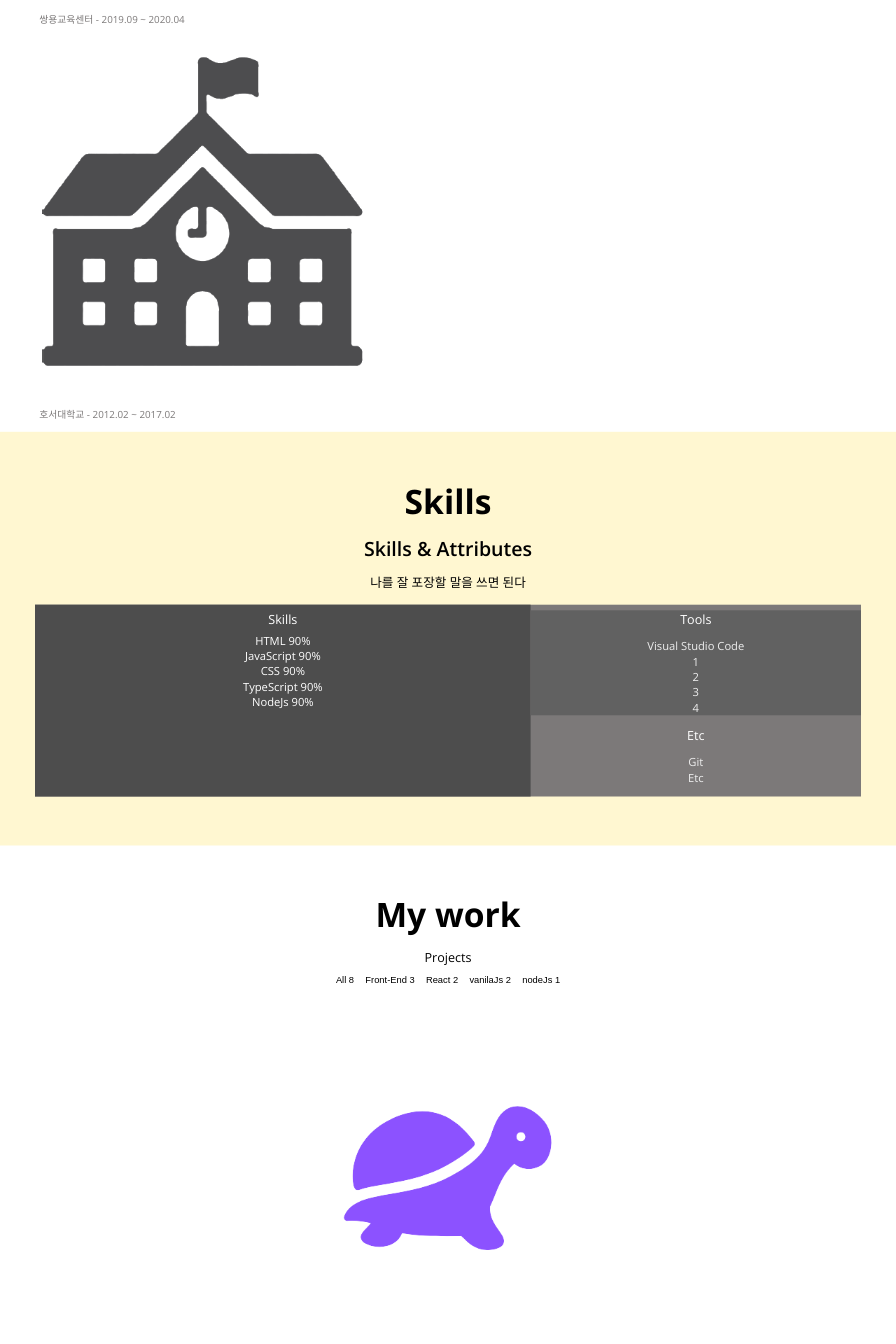
Repository: DevMinwoo-Jung/MinwooPortfolio
Page: index.html
An editor plug-in stored every save of this project. The page is shown before and after the next save, followed by the edit.
The browser window is 1280 px wide. The pictures show the part of the page from y = 2767 to 4687 px (the page is 7890 px tall), at 70% of full size.

Above is the page before, as saved 2021-05-31 14:55:02.

### index.html
<!DOCTYPE html>
<html lang="en">
<head>
  <meta charset="UTF-8">
  <meta http-equiv="X-UA-Compatible" content="IE=edge">
  <meta name="viewport" content="width=device-width, initial-scale=1.0">
  <title>Minwoo's Portfolio</title>
  <meta name="description" content="(will be) world-renowned Front-End Web developer Minwoo">
  <meta name="author" content= "Minwoo Jung">
  <link rel="icon" type ="image/png" href="imgs/favicon.png">
  <link rel="stylesheet" href="https://use.fontawesome.com/releases/v5.15.3/css/all.css" integrity="sha384-SZXxX4whJ79/gErwcOYf+zWLeJdY/qpuqC4cAa9rOGUstPomtqpuNWT9wdPEn2fk" crossorigin="anonymous">
  <link rel="preconnect" href="https://fonts.gstatic.com">
<link href="https://fonts.googleapis.com/css2?family=Open+Sans:wght@400;600;700&display=swap" rel="stylesheet">
<link rel="stylesheet" href="style.css">
<script src="main.js" defer></script>
</head>
<body>
  <h1>Heading</h1>
  <h2>Heading</h2>
  <h3>Heading</h3>
  <p>Paragraph</p>
  <!-- Navbar -->
  <nav id="navbar">
    <div class="navbar__logo">
      <img src="imgs/favicon.png" alt="">
      <a href="#">Minwoo</a>
    </div>
      <ul class="nvabar__menu">
        <li class="navbar__menu__item--active">Home</li>
        <li class="navbar__menu__item">About</li>
        <li class="navbar__menu__item">Skills</li>
        <li class="navbar__menu__item">My work</li>
        <li class="navbar__menu__item">Testimonial</li>
        <li class="navbar__menu__item">Contact</li>
      </ul>
  </nav>
  <!-- Home -->
  <section id="home">
    <img src="imgs/myPhoto.jpg" alt="Minwoo's profile photo" class="home__avatar">
    <h1 class="home__title">반갑습니다. <br> 프론트엔드 개발자 정민우입니다.</h1>
    <h2 class="home__description">멈추지 않는 개발자로 살아가고싶습니다.</h2>
    <button class="home__contact">Contact Me</button>
  </section>
  <!-- About -->
  <section id="about" class="section__container">
    <h1>About me</h1>
    <p>나를 나타내는 문장 문장 장문 문에 있는 고추장</p>
    <div class="about__majors">
      <div class="major">
        <div class="major__icon">
          <i class="fab fa-js-square"></i>
        </div>
        <h2 class="major__title">Front-End</h2>
        <div class="major__description">
          HTML, CSS, JavaScript, TypeScript
        </div>
      </div>
      <div class="major">
        <div class="major__icon">
          <i class="fab fa-node"></i>
        </div>
        <div class="major__title">Back-End</div>
        <div class="major__description">
          HTML, CSS, JavaScript, TypeScript
        </div>
      </div>
      <div class="major">
        <div class="major__icon">
          <i class="fab fa-react"></i>
        </div>
        <div class="major__title">Framework</div>
        <div class="major__description">
          HTML, CSS, JavaScript, TypeScript
        </div>
      </div>
    </div>
    <div class="aoubt__jobs">
      <div class="job">
        <img src="imgs/school.png" alt="" class="job__logo">
      </div>
      <div class="job__description">
        <p class="job__period">쌍용교육센터 - 2019.09 ~ 2020.04</p>
      </div>
      <div class="job">
        <img src="imgs/school.png" alt="" class="job__logo">
      </div>
      <div class="job__description">
        <p class="job__period">호서대학교 - 2012.02 ~ 2017.02</p>
      </div>
    </div>



  </section>
  <!-- Skills -->
  <section id="skills" class="section">
    <div class="section__container">
      <h1>Skills</h1>
      <h2>Skills & Attributes</h2>
      <p>
        나를 잘 포장할 말을 쓰면 된다
      </p>
      <div class="skillset">
        <div class="skillset__left">
          <h3 class="skillset__title">Skills</h3>
          <div class="skill">
            <div class="skill__description">
              <span>HTML</span>
              <span>90%</span>
            </div>
            <div class="skill__bar">
              <div class="skill__value"></div>
            </div>
          </div>
          <div class="skill">
            <div class="skill__description">
              <span>JavaScript</span>
              <span>90%</span>
            </div>
            <div class="skill__bar">
              <div class="skill__value"></div>
            </div>
          </div>
          <div class="skill">
            <div class="skill__description">
              <span>CSS</span>
              <span>90%</span>
            </div>
            <div class="skill__bar">
              <div class="skill__value"></div>
            </div>
          </div>
          <div class="skill">
            <div class="skill__description">
              <span>TypeScript</span>
              <span>90%</span>
            </div>
            <div class="skill__bar">
              <div class="skill__value"></div>
            </div>
          </div>
          <div class="skill">
            <div class="skill__description">
              <span>NodeJs</span>
              <span>90%</span>
            </div>
            <div class="skill__bar">
              <div class="skill__value"></div>
            </div>
          </div>
        </div>
        <div class="skillset__right">
          <div class="tools">
            <h3 class="skillset__title">Tools</h3>
            <ul class="tools__list">
              <li><span>Visual Studio Code</span></li>
              <li><span>1</span></li>
              <li><span>2</span></li>
              <li><span>3</span></li>
              <li><span>4</span></li>
            </ul>
          </div>
          <div class="etc">
            <h3 class="skillset__title">Etc</h3>
            <ul class="etc__list">
              <li><span>Git</span></li>
              <li><span>Etc</span></li>
            </ul>
          </div>
        </div>
      </div>
    </div>
  </section>
  <!-- Work -->
  <section id="work" class="section">
    <h1>My work</h1>
    <h3>Projects</h3>
    <div class="work__categories">
      <button class="category__btn">All <span class="category__count">8</span></button>
      <button class="category__btn">Front-End <span class="category__count">3</span></button>
      <button class="category__btn">React <span class="category__count">2</span></button>
      <button class="category__btn">vanilaJs <span class="category__count">2</span></button>
      <button class="category__btn">nodeJs <span class="category__count">1</span></button>
    </div>
    <div class="wrok__projects">
      <a href="mygithub" class="project__img" target="blank" data-type="back-end">
      <img src="imgs/favicon.png" alt="project1">
      <!-- 이미지 추후에 넣자 -->
      <div class="project__description">
        <h3>Proejct</h3>
        <span>Clone coding with HTML and CSS</span>
      </div>
      </a>
      <a href="mygithub" class="project__img" target="blank" data-type="back-end">
        <img src="imgs/favicon.png" alt="project1">
        <!-- 이미지 추후에 넣자 -->
        <div class="project__description">
          <h3>Proejct</h3>
          <span>Clone coding with HTML and CSS</span>
        </div>
        </a>
        <a href="mygithub" class="project__img" target="blank" data-type="back-end">
          <img src="imgs/favicon.png" alt="project1">
          <!-- 이미지 추후에 넣자 -->
          <div class="project__description">
            <h3>Proejct</h3>
            <span>Clone coding with HTML and CSS</span>
          </div>
          </a>
          <a href="mygithub" class="project__img" target="blank" data-type="back-end">
            <img src="imgs/favicon.png" alt="project1">
            <!-- 이미지 추후에 넣자 -->
            <div class="project__description">
              <h3>Proejct</h3>
              <span>Clone coding with HTML and CSS</span>
            </div>
            </a>
    </div>
  </section>
  <!-- Testimonials -->
  <section id="testimonials" class="section">
    <h1>Testmonials</h1>
    <h3>See what they say about me</h3>
    <div class="testmonials">
      <div class="testimonial">
        <img src="imgs/testimonail/people.jpg" alt="" class="testimonial__avatar">
        <div class="testimonail__speech-bubble">
          <p>qmffkqmffk</p>
          <p class="name"><a href="">이름</a>일한곳</p>
        </div>
      </div>
      <div class="testimonial">
        <img src="imgs/testimonail/people.jpg" alt="" class="testimonial__avatar">
        <div class="testimonail__speech-bubble">
          <p>qmffkqmffk</p>
          <p class="name"><a href="">이름</a>일한곳</p>
        </div>
      </div>
    </div>
  </section>
  <!-- Contact -->
  <section id="contact" class="section">
    <h1 class="contact__title">Let's talk</h1>
    <h2 class="contact__email">applejung312@gmail.com</h2>
    <div class="contact__links">
      <a href="https://github.com/DevMinwoo-Jung" target="_blank">
        <i class="fab fa-github"></i>
      </a>
      <a href="https://dev-minwoo.tistory.com/" target="_blank">
        <i class="fas fa-blog"></i>
      </a>
    </div>
    <p class="contact__right">
      2021 Minwoo Jung - All rights reseverd
    </p>
  </section>
</body>
</html>

### style.css
/* Global */
:root {
  /* Color */
  --color-white: #ffffff;
  --color-light-white: #eeeeee;
  --color-dark-white: #bdbdbd;
  --color-pink: #fe918d;
  --color-dark-pink: #ff6863;
  --color-dark-grey: #4d4d4d;
  --color-grey: #616161;
  --color-light-grey: #7c7979;
  --color-blue: #73aace;
  --color-yellow: #fff7d1;
  --color-orange: #feb546;
  --color-black: #000000;
  --color-dard-purple: rgb(78, 23, 69);

  /* Font size */
  --font-large: 48px;
  --font-medium: 28px;
  --font-regular: 18px;
  --font-small: 16px;
  --font-micro: 14px;

  /* Font weight */
  --weight-bold: 700;
  --weight-semi-bold: 600;
  --weight-regular: 400;

  /* Size */
  --size-border-radius: 4px;

  /* Animation Duration */
  --animation-duration: 300ms;
}

/* Universal tags */
* {
  box-sizing: border-box;
}

/* Typography */
h1 {
  font-size: var(--font-large);
  font-weight: var(--weight-bold);
  color: var(--color-black);
  margin: 16px 0px;
}

h2 {
  font-size: var(--font-medium);
  font-weight: var(--weight-semi-bold);
  color: var(--color-black);
  margin: 8px 0;
}

h3 {
  font-size: var(--font-regular);
  font-weight: var(--weight-regular);
  color: var(--color-black);
  margin: 8px 0;
}

p {
  font-size: var(--font-regular);
  font-weight: var(--weight-regular);
  color: var(--color-black);
  margin: 16px 0;
}

body {
  margin: 0;
  font-family: "Open Sans", sans-serif;
  cursor: default;
}

a {
  text-decoration: none;
  color: var(--color-white);
}

ul {
  list-style: none;
  padding-left: 0;
}

li {
  list-style: none;
}

button {
  background-color: transparent;
  cursor: pointer;
  border: none;
  outline: none;
}

/* Navbar */
#navbar {
  display: flex;
  justify-content: space-between;
  background-color: purple;
  align-items: center;
  color: var(--color-white);
  padding: 16px;
}

.navbar__menu {
  display: flex;
}

.navbar__menu__item {
  padding: 8px 12px;
  margin: 0 4px;
  cursor: pointer;
  border-radius: var(--size-border-radius);
}

.navbar__logo {
  font-size: var(--font-medium);
  font-weight: var(--weight-semi-bold);
}

.navbar__menu__item--active {
  border: 1px solid var(--color-white);
}

.navbar__menu__item:hover {
  background-color: var(--color-dard-purple);
}

/* Home */
#home {
  background: url("imgs/background\ Img.png") center/cover no-repeat;
  padding: 40px;
  text-align: center;
}

.home__avatar {
  width: 250px;
  height: 250px;
  border-radius: 50%;
  border: 2px solid var(--color-white);
}

.home__title,
.home__description {
  color: var(--color-white);
}

.home__contact {
  color: var(--color-white);
  font-size: var(--font-regular);
  font-weight: var(--weight-bold);
  margin: 24px;
  padding: 8px 12px;
  border: 2px solid (var(--color-white));
  border-radius: var(--size-border-radius);
}

/* Section common */
.section {
  margin: auto;
  padding: 50px;
  text-align: center;
}

.section__container {
  max-width: 1200px;
  margin: auto;
}

/* About */
.aoubt__majors {
  display: flex;
  justify-content: space-between;
  margin: 80px 0;
}

.major__icon {
  width: 170px;
  height: 170px;
  font-size: 70px;
  line-height: 170px;
  margin: auto;
  border: 1px solid var(--color-white);
  border-radius: 50%;
  margin-bottom: 16px;
  color: var(--color-blue);
}

.major__icon:hover i {
  color: var(--color-pink);
  transform: rotate(-30deg) scale(1.1);
}

.major__icon i {
  transition: all var(--animation-duration) ease;
}

/*
.major__icon i:hover{
  이렇게하면 i에 올려났을때만 변하지만
  위처럼하면 icon에 올렸을때 i만 변한다
  color: var(--color-pink);
  transform: rotate(-30deg) scale(1.1);
} */

.major__title,
.major__description {
  color: var(--color-dark-grey);
}

.major__description {
  font-size: var(--font-small);
}

.job {
  display: flex;
  align-items: center;
}

.job__description {
  margin: 0 16px;
  text-align: left;
}

.job__name,
.job__period {
  color: var(--color-light-grey);
}

.job__name {
  font-size: var(--font-small);
}

.job__period {
  font-size: var(--font-micro);
}

/* Skill */
#skills {
  background-color: var(--color-yellow);
}

.skillset {
  display: flex;
  background-color: var(--color-light-grey);
  color: var(--color-light-white);
  margin: 20px 0;
}

.skillset__title {
  color: var(--color-white);
}

.skillset__left {
  flex-basis: 60%;
  background-color: var(--color-dark-grey);
  color: var(--color-white);
}

.skillset__right {
  flex-basis: 40%;
}

.tools {
  background-color: var(--color-grey);
}

Loaded but not shown: main.js (no copy from this time; the picture is the same without it)

After the next save:
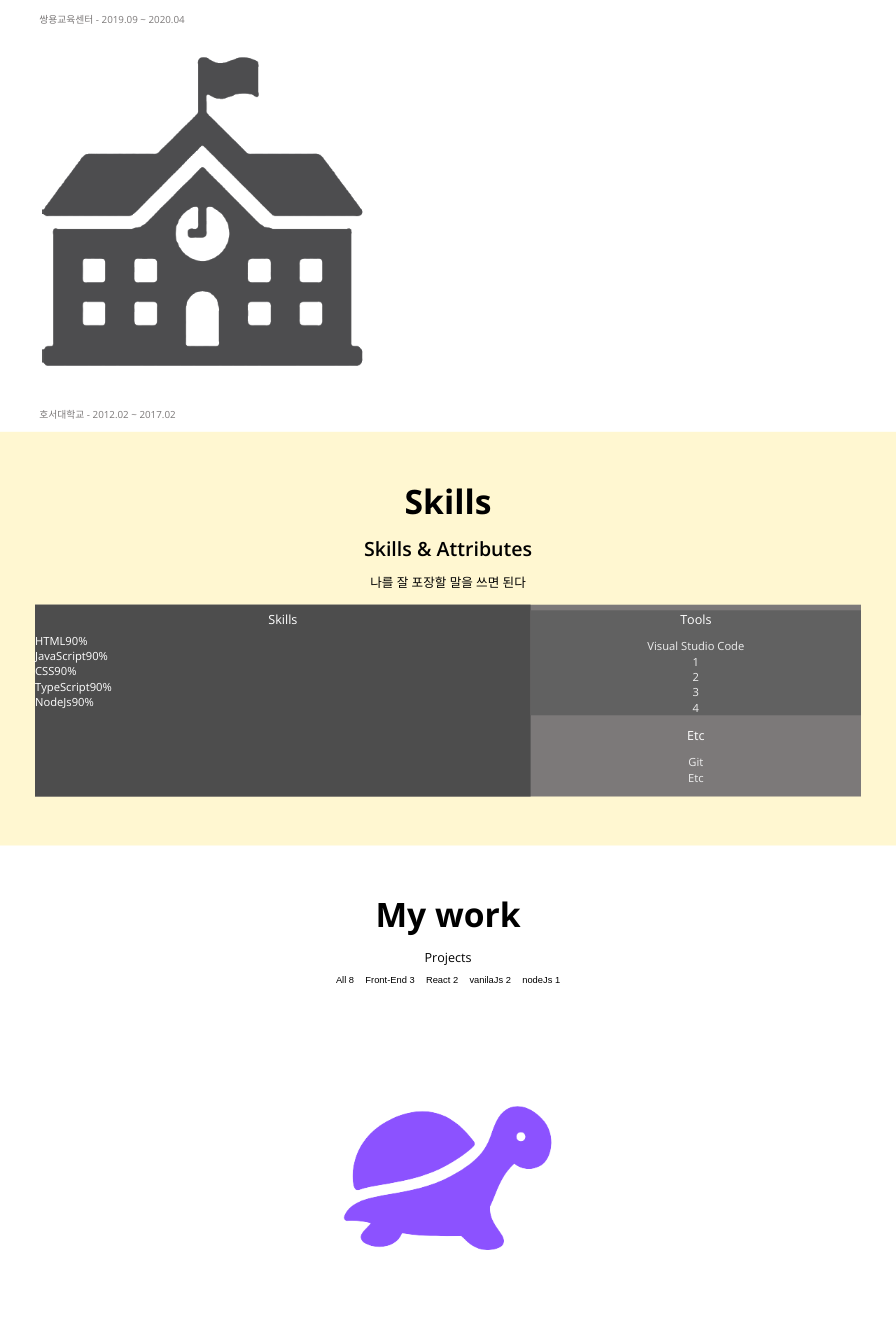
Saved 38 s later.
--- a/style.css
+++ b/style.css
@@ -260,6 +260,10 @@ button {
   color: var(--color-white);
 }
 
+.skill__description {
+  display: flex;
+}
+
 .skillset__right {
   flex-basis: 40%;
 }
